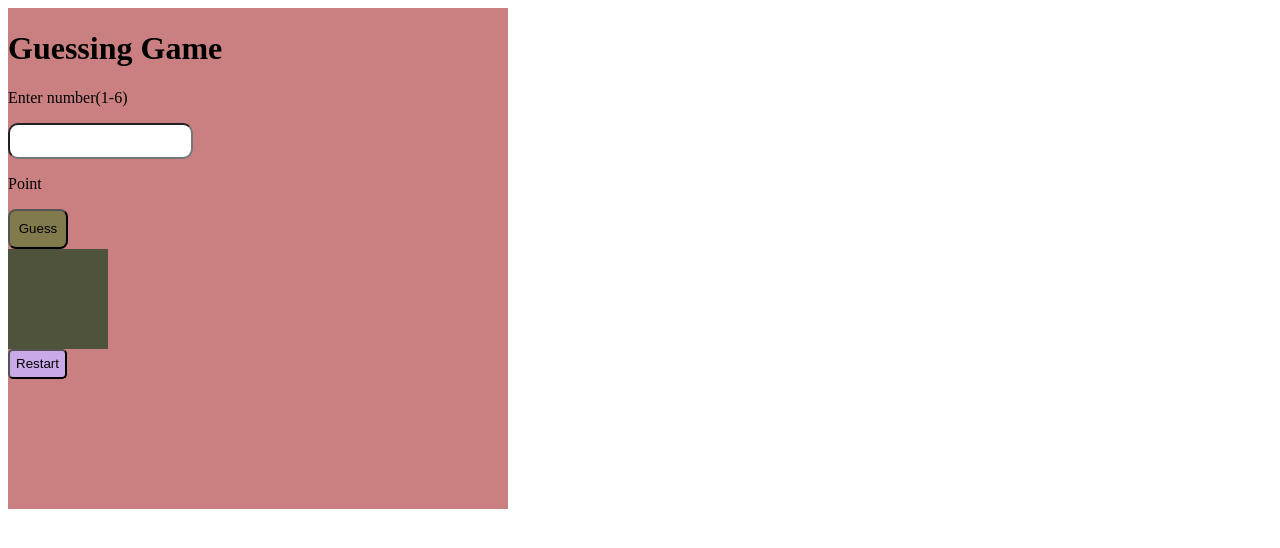
Repository: AniAntonyan/GuessingGame
Page: index.html
These files come from the project's save history. The page is drawn as it stood at one moment and after the next save; the edit follows.
The browser window is 1280 px wide. The pictures show the whole page.

Above is the page before, as saved 2022-02-27 17:16:00.

After the next save:
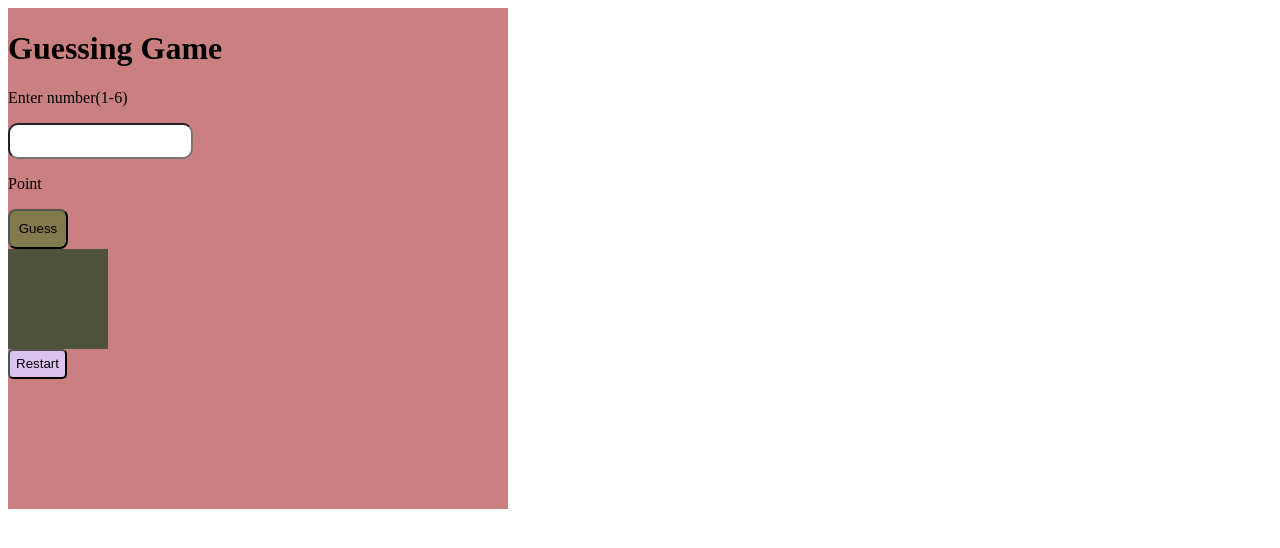
Saved 12 s later.
--- a/style.css
+++ b/style.css
@@ -26,5 +26,5 @@
 #restart{
     height: 30px;
     border-radius: 5px;
-    background-color: rgb(202, 169, 233);
+    background-color: rgb(219, 195, 241);
 }
